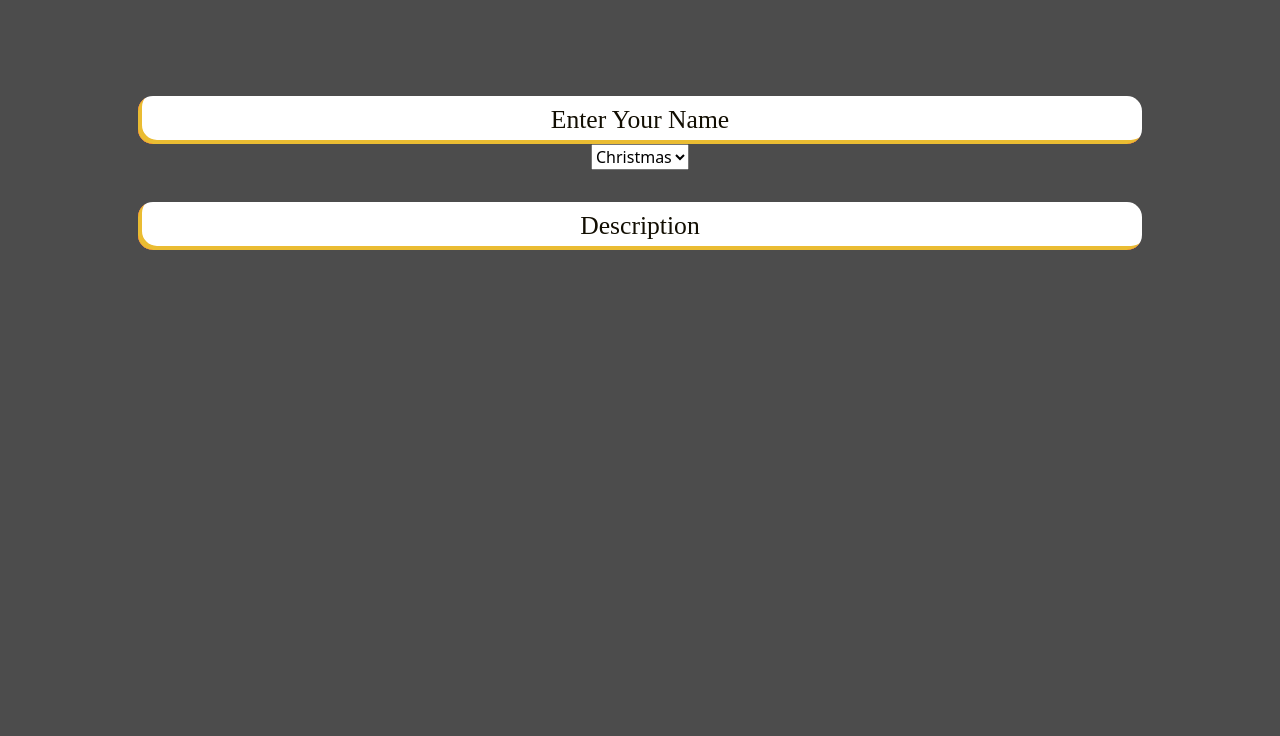
Repository: Haneef-Shaik/Greetings
Page: /
These files come from the project's save history. The page is drawn as it stood at one moment and after the next save; the edit follows.
The browser window is 1280 px wide. The pictures show the whole page.
The project was rebuilt for these pictures with package versions that can differ from the ones it lists, and the page was loaded fresh each time. The framework's server and built-in components were replaced by stand-ins that run in the browser. Also part of the build but not shown: next.config.js, styles/card.module.scss, components/card.js, styles/socialShare.module.scss, components/socialShare.js.

Above is the page before, as saved 2021-12-01 20:37:51.

After the next save:
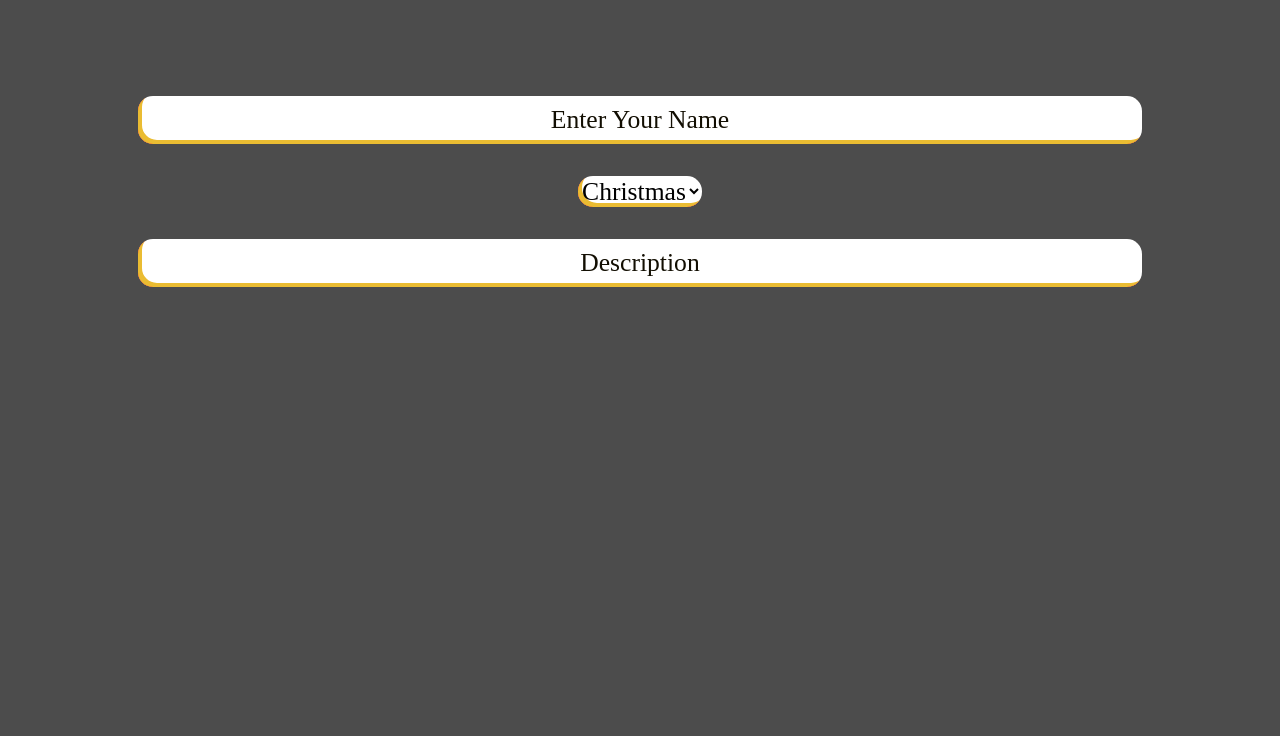
Saved 13 s later.
--- a/styles/form.module.scss
+++ b/styles/form.module.scss
@@ -3,7 +3,7 @@
     height:100vh;
     background-color:#4C4C4C;
     // background: linear-gradient(#920000,#800000,#6D0000,#490000);
-    input{
+    input , select {
         margin-top:2rem;
 
         text-align:center;
